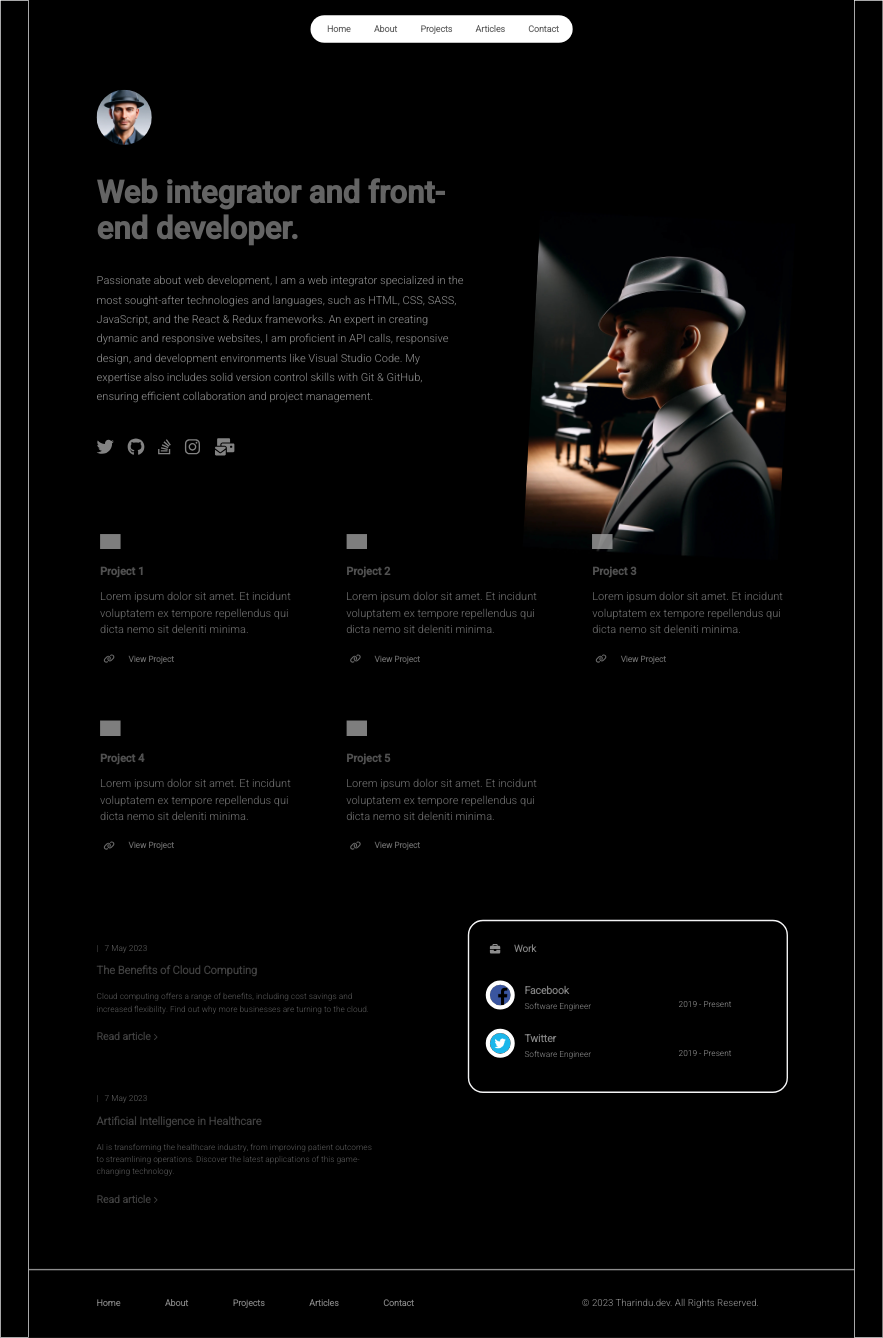
Repository: Dimple3377/reactfolio-master
Page: /
An editor plug-in stored every save of this project. The page is shown before and after the next save, followed by the edit.
The browser window is 1280 px wide. The pictures show the whole page, at 69% of full size.
Pictures or frames that could not be fetched are drawn as grey boxes. The project was rebuilt for these pictures with package versions that can differ from the ones it lists, and the page was loaded fresh each time. Also part of the build but not shown: src/components/about/socials.jsx, src/pages/styles/about.css, src/pages/about.jsx, src/pages/styles/projects.css, src/pages/projects.jsx, src/components/articles/article.jsx, src/pages/styles/articles.css, src/pages/articles.jsx and 5 more.

Above is the page before, as saved 2024-04-24 01:22:50.

### src/data/styles.css
:root {
	/* ------- colors ------- */
	--primary-color: #646464;
	--secondary-color: #838383;
	--tertiary-color: #8d8d8d;
	--quaternary-color: #bbbbbb;
	--link-color: #646464;
	/* ---------------------- */

	/* ------- fonts ------- */
	--primary-font: "Heebo", sans-serif;
	--secondary-font: "Roboto", sans-serif;
	/* --------------------- */
}

### src/pages/homepage.jsx
import React, { useState, useEffect } from "react";
import { Helmet } from "react-helmet";

import { faMailBulk } from "@fortawesome/free-solid-svg-icons";
import { FontAwesomeIcon } from "@fortawesome/react-fontawesome";
import {
	faTwitter,
	faGithub,
	faStackOverflow,
	faInstagram,
} from "@fortawesome/free-brands-svg-icons";

import Logo from "../components/common/logo";
import Footer from "../components/common/footer";
import NavBar from "../components/common/navBar";
import Article from "../components/homepage/article";
import Works from "../components/homepage/works";
import AllProjects from "../components/projects/allProjects";

import INFO from "../data/user";
import SEO from "../data/seo";
import myArticles from "../data/articles";

import "./styles/homepage.css";

const Homepage = () => {
	const [stayLogo, setStayLogo] = useState(false);
	const [logoSize, setLogoSize] = useState(80);
	const [oldLogoSize, setOldLogoSize] = useState(80);

	useEffect(() => {
		window.scrollTo(0, 0);
	}, []);

	useEffect(() => {
		const handleScroll = () => {
			let scroll = Math.round(window.pageYOffset, 2);

			let newLogoSize = 80 - (scroll * 4) / 10;

			if (newLogoSize < oldLogoSize) {
				if (newLogoSize > 40) {
					setLogoSize(newLogoSize);
					setOldLogoSize(newLogoSize);
					setStayLogo(false);
				} else {
					setStayLogo(true);
				}
			} else {
				setLogoSize(newLogoSize);
				setStayLogo(false);
			}
		};

		window.addEventListener("scroll", handleScroll);
		return () => window.removeEventListener("scroll", handleScroll);
	}, [logoSize, oldLogoSize]);

	const currentSEO = SEO.find((item) => item.page === "home");

	const logoStyle = {
		display: "flex",
		position: stayLogo ? "fixed" : "relative",
		top: stayLogo ? "3vh" : "auto",
		zIndex: 999,
		border: stayLogo ? "1px solid white" : "none",
		borderRadius: stayLogo ? "50%" : "none",
		boxShadow: stayLogo ? "0px 4px 10px rgba(0, 0, 0, 0.25)" : "none",
	};

	return (
		<React.Fragment>
			<Helmet>
				<title>{INFO.main.title}</title>
				<meta name="description" content={currentSEO.description} />
				<meta
					name="keywords"
					content={currentSEO.keywords.join(", ")}
				/>
			</Helmet>

			<div className="page-content">
				<NavBar active="home" />
				<div className="content-wrapper">
					<div className="homepage-logo-container">
						<div style={logoStyle}>
							<Logo width={logoSize} link={false} />
						</div>
					</div>

					<div className="homepage-container">
						<div className="homepage-first-area">
							<div className="homepage-first-area-left-side">
								<div className="title homepage-title">
									{INFO.homepage.title}
								</div>

								<div className="subtitle homepage-subtitle">
									{INFO.homepage.description}
								</div>
							</div>

							<div className="homepage-first-area-right-side">
								<div className="homepage-image-container">
									<div className="homepage-image-wrapper">
										<img
											src="homepage.jpg"
											alt="about"
											className="homepage-image"
										/>
									</div>
								</div>
							</div>
						</div>

						<div className="homepage-socials">
							<a
								href={INFO.socials.twitter}
								target="_blank"
								rel="noreferrer"
							>
								<FontAwesomeIcon
									icon={faTwitter}
									className="homepage-social-icon"
								/>
							</a>
							<a
								href={INFO.socials.github}
								target="_blank"
								rel="noreferrer"
							>
								<FontAwesomeIcon
									icon={faGithub}
									className="homepage-social-icon"
								/>
							</a>
							<a
								href={INFO.socials.stackoverflow}
								target="_blank"
								rel="noreferrer"
							>
								<FontAwesomeIcon
									icon={faStackOverflow}
									className="homepage-social-icon"
								/>
							</a>
							<a
								href={INFO.socials.instagram}
								target="_blank"
								rel="noreferrer"
							>
								<FontAwesomeIcon
									icon={faInstagram}
									className="homepage-social-icon"
								/>
							</a>
							<a
								href={`mailto:${INFO.main.email}`}
								target="_blank"
								rel="noreferrer"
							>
								<FontAwesomeIcon
									icon={faMailBulk}
									className="homepage-social-icon"
								/>
							</a>
						</div>

						<div className="homepage-projects">
							<AllProjects />
						</div>

						<div className="homepage-after-title">
							<div className="homepage-articles">
								{myArticles.map((article, index) => (
									<div
										className="homepage-article"
										key={(index + 1).toString()}
									>
										<Article
											key={(index + 1).toString()}
											date={article().date}
											title={article().title}
											description={article().description}
											link={"/article/" + (index + 1)}
										/>
									</div>
								))}
							</div>

							<div className="homepage-works">
								<Works />
							</div>
						</div>

						<div className="page-footer">
							<Footer />
						</div>
					</div>
				</div>
			</div>
		</React.Fragment>
	);
};

export default Homepage;

### src/app.css
@import "/src/data/styles.css";

::-webkit-scrollbar {
	width: 10px;
}

::-webkit-scrollbar-track {
	background-color: #f1f1f1;
}

::-webkit-scrollbar-thumb {
	background-color: #383636;
	border-radius: 5px;
}

::-webkit-scrollbar-thumb:hover {
	background-color: rgb(0, 0, 0);
}

.page-content {
	background-color: black;
	position: relative;
}

.page-content:before,
.page-content:after {
	content: "";
	position: absolute;
	top: 0;
	bottom: 0;
	width: calc((100% - 1200px) / 2);
	background-color: black;
	border: 1px solid #f4f4f5;
}

.page-content:before {
	left: 0;
	z-index: 1;
}

.page-content:after {
	right: 0;
	z-index: 1;
}

.content-wrapper {
	max-width: 1000px;
	margin: 0 auto;
}

.title {
	color: var(--primary-color);
	font-family: var(--secondary-font);
	font-size: 45px;
	font-weight: 700;
	width: 70%;
}

.subtitle {
	padding-top: 10px;
	color: var(--secondary-color);
	font-size: 16px;
	line-height: 28px;
	width: 70%;
	margin-top: 25px;
}

.page-footer {
	position: block;
}

.page-footer::before {
	content: "";
	position: absolute;
	left: 0;
	right: 0;
	border-top: 2px solid var(--tertiary-color);
}

@media (max-width: 1270px) {
	.page-content:before,
	.page-content:after {
		width: calc((100% - 90%) / 2);
	}

	.content-wrapper {
		max-width: 90%;
		padding-left: 10%;
		padding-right: 10%;
	}
}

@media (max-width: 1024px) {
	.page-content:before,
	.page-content:after {
		width: calc((100% - 950px) / 2);
	}

	.content-wrapper {
		max-width: 980px;
	}
}

@media (max-width: 800px) {
	.content-wrapper {
		max-width: 90%;
		margin: 0 auto;
		padding: 0 10px;
	}

	.page-content:before,
	.page-content:after {
		display: none;
	}

	.title {
		width: 100%;
	}

	.subtitle {
		width: 100%;
	}
}

### src/components/common/footer.jsx
import React from "react";
import { Link } from "react-router-dom";

import "./styles/footer.css";

const Footer = () => {
	return (
		<React.Fragment>
			<div className="footer">
				<div className="footer-links">
					<ul className="footer-nav-link-list">
						<li className="footer-nav-link-item">
							<Link to="/">Home</Link>
						</li>
						<li className="footer-nav-link-item">
							<Link to="/about">About</Link>
						</li>
						<li className="footer-nav-link-item">
							<Link to="/projects">Projects</Link>
						</li>
						<li className="footer-nav-link-item">
							<Link to="/articles">Articles</Link>
						</li>
						<li className="footer-nav-link-item">
							<Link to="/contact">Contact</Link>
						</li>
					</ul>
				</div>

				<div className="footer-credits">
					<div className="footer-credits-text">
						© 2023 Tharindu.dev. All Rights Reserved.
					</div>
				</div>
			</div>
		</React.Fragment>
	);
};

export default Footer;

### src/components/common/navBar.jsx
import React from "react";
import { Link } from "react-router-dom";

import "./styles/navBar.css";

const NavBar = (props) => {
	const { active } = props;

	return (
		<React.Fragment>
			<div className="nav-container">
				<nav className="navbar">
					<div className="nav-background">
						<ul className="nav-list">
							<li
								className={
									active === "home"
										? "nav-item active"
										: "nav-item"
								}
							>
								<Link to="/">Home</Link>
							</li>
							<li
								className={
									active === "about"
										? "nav-item active"
										: "nav-item"
								}
							>
								<Link to="/about">About</Link>
							</li>
							<li
								className={
									active === "projects"
										? "nav-item active"
										: "nav-item"
								}
							>
								<Link to="/projects">Projects</Link>
							</li>
							<li
								className={
									active === "articles"
										? "nav-item active"
										: "nav-item"
								}
							>
								<Link to="/articles">Articles</Link>
							</li>
							<li
								className={
									active === "contact"
										? "nav-item active"
										: "nav-item"
								}
							>
								<Link to="/contact">Contact</Link>
							</li>
						</ul>
					</div>
				</nav>
			</div>
		</React.Fragment>
	);
};

export default NavBar;

### src/components/homepage/article.jsx
import React from "react";
import { Link } from "react-router-dom";

import { FontAwesomeIcon } from "@fortawesome/react-fontawesome";
import { faChevronRight } from "@fortawesome/free-solid-svg-icons";

import "./styles/article.css";

const Article = (props) => {
	const { title, description, date, link } = props;

	return (
		<React.Fragment>
			<div className="homepage-article">
				<div className="homepage-article-content">
					<div className="homepage-article-date">
						|&nbsp;&nbsp;&nbsp;{date}
					</div>
					<div className="homepage-article-title">{title}</div>
					<div className="homepage-article-description">
						{description}
					</div>
					<div className="homepage-article-link">
						<Link to={link}>
							Read article{" "}
							<FontAwesomeIcon
								style={{ fontSize: "10px" }}
								icon={faChevronRight}
							/>
						</Link>
					</div>
				</div>
			</div>
		</React.Fragment>
	);
};

export default Article;

### src/components/homepage/works.jsx
import React from "react";
import { faBriefcase } from "@fortawesome/free-solid-svg-icons";

import Card from "../common/card";

import "./styles/works.css";

const Works = () => {
	return (
		<div className="works">
			<Card
				icon={faBriefcase}
				title="Work"
				body={
					<div className="works-body">
						<div className="work">
							<img
								src="./facebook.png"
								alt="facebook"
								className="work-image"
							/>
							<div className="work-title">Facebook</div>
							<div className="work-subtitle">
								Software Engineer
							</div>
							<div className="work-duration">2019 - Present</div>
						</div>

						<div className="work">
							<img
								src="./twitter.png"
								alt="twitter"
								className="work-image"
							/>
							<div className="work-title">Twitter</div>
							<div className="work-subtitle">
								Software Engineer
							</div>
							<div className="work-duration">2019 - Present</div>
						</div>
					</div>
				}
			/>
		</div>
	);
};

export default Works;

### src/data/seo.js
const SEO = [
	{
		page: "home",
		description:
			"I am a backend developer with expertise in Node.js. I have experience in building scalable, secure and reliable web applications using various frameworks and technologies.",
		keywords: ["Tharindu", "Tharindu N", "Tharindu Nayanajith"],
	},

	{
		page: "about",
		description:
			"I am a backend developer with expertise in Node.js. I have experience in building scalable, secure and reliable web applications using various frameworks and technologies.",
		keywords: ["Tharindu", "Tharindu N", "Tharindu Nayanajith"],
	},

	{
		page: "articles",
		description:
			"Chronological collection of my long-form thoughts on programming, leadership, product design, and more.",
		keywords: ["Tharindu", "Tharindu N", "Tharindu Nayanajith"],
	},

	{
		page: "projects",
		description:
			"I've worked on a variety of projects over the years and I'm proud of the progress I've made. Many of these projects are open-source and available for others to explore and contribute to.",
		keywords: ["Tharindu", "Tharindu N", "Tharindu Nayanajith"],
	},

	{
		page: "contact",
		description:
			"If you're interested in collaborating on a project, feel free to reach out to me. I'm always open to new ideas and opportunities.",
		keywords: ["Tharindu", "Tharindu N", "Tharindu Nayanajith"],
	},
];

export default SEO;

### src/pages/styles/homepage.css
@import "../../data/styles.css";

.homepage-logo-container {
	display: flex;
	justify-content: left;
	align-items: center;
	padding-top: 130px;
}

.homepage-container {
	padding-top: 25px;
}

.homepage-first-area {
	display: flex;
	justify-content: space-between;
	align-items: center;
}

.homepage-first-area-left-side {
	display: flex;
	flex-direction: column;
	align-items: flex-start;
}

.homepage-title {
	width: 85% !important;
}

.homepage-subtitle {
	width: 85% !important;
}

.homepage-first-area-right-side {
	display: flex;
	align-items: center;
}

.homepage-image-container {
	width: 370px;
	height: 370px;
}

.homepage-image-wrapper {
	overflow: hidden;
	border-radius: 10%;
	transform: rotate(3deg);
}

.homepage-image-wrapper img {
	width: 100%;
}

.homepage-socials {
	display: flex;
	justify-content: left;
	align-items: center;
	padding-top: 30px;
}

.homepage-social-icon {
	padding-right: 20px;
	font-size: 25px;
	transition: color 0.2s ease-in-out;
	color: var(--secondary-color);
}

.homepage-social-icon:hover {
	color: var(--primary-color);
}

.homepage-after-title {
	display: flex;
}

.homepage-projects {
	flex-basis: 300px;
	padding-top: 40px;
}

.homepage-articles {
	flex-basis: 900px;
	padding-top: 30px;
	margin-left: -30px;
}

.homepage-article {
	padding-bottom: 5px;
}

.homepage-works {
	flex-basis: 600px;
	padding-top: 30px;
}

@media (max-width: 1024px) {
	.homepage-first-area {
		flex-direction: column;
	}

	.homepage-first-area-left-side {
		display: flex;
		flex-direction: column; /* Changed: set direction to column */
		align-items: flex-start;
		width: 100%;
		order: 2;
	}

	.homepage-title {
		width: 100% !important;
		margin-top: 20px;
		order: 2;
	}

	.homepage-subtitle {
		width: 100% !important;
		margin-top: 10px;
		order: 3;
	}

	.homepage-first-area-right-side {
		width: 100%;
		order: 1;
	}

	.homepage-image-container {
		padding-top: 50px;
		padding-bottom: 50px;
		margin-left: 10px;
		order: 1;
	}

	.homepage-after-title {
		flex-direction: column;
	}

	.homepage-projects {
		flex-basis: auto;
	}

	.homepage-articles {
		flex-basis: auto;
	}

	.homepage-works {
		flex-basis: auto;
		margin-left: -25px;
		margin-right: -25px;
	}
}

### src/pages/styles/readArticle.css
@import "../../data/styles.css";

.read-article-logo-container {
	display: flex;
	justify-content: left;
	padding-top: 25px;
}

.read-article-logo {
	display: flex;
	position: fixed;
	border: 1px solid white;
	border-radius: 50%;
	box-shadow: 0px 4px 10px rgba(0, 0, 0, 0.25);
	top: 4vh;
}

.read-article-container {
	display: flex;
	height: 100%;
	margin: 0;
	padding-top: 120px;
}

.read-article-back {
	padding-top: 68px;
	padding-right: 50px;
	width: 40px;
	height: 40px;
}

.read-article-back-button {
	width: 50px;
	border-radius: 50%;
	box-shadow: 0px 4px 10px rgba(0, 0, 0, 0.25);
}

.read-article-wrapper {
	width: 80%;
	padding-top: 30px;
}

.read-article-date-container {
	border-left: 2px solid var(--quaternary-color);
	color: var(--tertiary-color);
	font-size: 16 px;
	align-items: center;
	height: 22px;
}

.read-article-date {
	font-family: var(--primary-font);
	padding-left: 15px;
}

.read-article-title {
	padding-top: 50px;
	padding-bottom: 50px;
	width: 100% !important;
}

.read-article-body {
	padding-bottom: 50px;
	font-size: 16px;
	line-height: 30px;
	font-family: system-ui;
	color: #52525b;
}

### src/components/common/styles/footer.css
@import "../../../data/styles.css";

.footer {
	display: flex;
	padding-top: 25px;
	margin-top: 50px;
	padding-bottom: 25px;
	align-items: center;
}

.footer-links,
.footer-credits {
	flex-basis: 50%;
}

.footer-links {
	margin-left: -40px;
}

.footer-nav-link-list {
	display: flex;
	list-style: none;
	justify-content: space-between;
	align-items: center;
}

.footer-nav-link-item {
	font-weight: bold;
	font-size: 80%;
}

.footer-nav-link-list a {
	text-decoration: none;
	color: var(--secondary-color);
}

.footer-nav-link-list a:hover {
	color: var(--link-color);
}

.footer-credits-text {
	justify-content: flex-end;
	color: var(--tertiary-color);
	font-size: 14px;
	text-align: right;
}

@media (max-width: 600px) {
	.footer {
		flex-direction: column;
		height: 85px;
	}

	.footer-links {
		display: flex;
		width: 100%;
		justify-content: center;
	}

	.footer-nav-link-list {
		width: 100%;
	}
}

### src/components/common/styles/navBar.css
@import "../../../data/styles.css";

.nav-container {
	margin: 0;
	display: flex;
	justify-content: center;
	align-items: center;
}

.navbar {
	display: flex;
	justify-content: center;
	align-items: center;
	position: fixed;
	top: 3vh;
	z-index: 999;
}

.nav-background {
	width: 380px;
	height: 40px;
	padding-left: 0%;
	padding-right: 0%;
	background: #fff;
	box-shadow: 0px 2px 10px rgba(0, 0, 0, 0.1);
	border-radius: 40px;
}

.nav-list {
	display: flex;
	justify-content: space-between;
	list-style: none;
	align-items: center;
	margin-left: -16px;
	margin-right: 20px;
	margin-top: 11px;
}

.nav-item {
	font-weight: bold;
	font-size: 80%;
}

.nav-item.active a {
	color: var(--link-color) !important;
}

.nav-item a {
	text-decoration: none;
	color: var(--primary-color);
}

.nav-item a:hover {
	color: var(--link-color);
	transition: color 0.3s ease-in-out;
}

@media (max-width: 600px) {
	.navbar {
		margin-left: 25%;
		margin-right: 25%;
		width: 80%;
		font-size: 80%;
	}

	.nav-background {
		width: 80%;
		height: 40px;
	}

	.nav-item {
		font-weight: bold;
	}
}

### src/components/homepage/styles/article.css
@import "../../../data/styles.css";

.homepage-article {
	width: 90%;
	mix-blend-mode: normal;
	border-radius: 20px;
	opacity: 0.8;
}

.homepage-article:hover {
	background: #fafafa;
	opacity: 1;
	transition: background-color 0.3s ease-in-out;
}

.homepage-article-content {
	padding: 30px;
}

.homepage-article-date {
	opacity: 1;
	color: var(--tertiary-color);
	font-size: 12px;
	margin-bottom: 1em;
}

.homepage-article-title {
	opacity: 1;
	color: var(--primary-color);
	font-size: 16px;
	margin-bottom: 1em;
	font-weight: 700;
}

.homepage-article-description {
	opacity: 1;
	color: var(--secondary-color);
	font-size: 12px;
	line-height: 1.5;
}

.homepage-article-link {
	opacity: 1;
	padding-top: 20px;
	font-size: 15px;
	font-weight: 700;
}

.homepage-article-link a {
	color: var(--link-color);
	text-decoration: none;
}

@media (max-width: 600px) {
	.homepage-article {
		width: 100%;
	}
}

### src/components/projects/project.jsx
import React from "react";
import { Link } from "react-router-dom";
import { FontAwesomeIcon } from "@fortawesome/react-fontawesome";
import { faLink } from "@fortawesome/free-solid-svg-icons";

import "./styles/project.css";

const Project = (props) => {
	const { logo, title, description, linkText, link } = props;

	return (
		<React.Fragment>
			<div className="project">
				<Link to={link}>
					<div className="project-container">
						<div className="project-logo">
							<img src={logo} alt="logo" />
						</div>
						<div className="project-title">{title}</div>
						<div className="project-description">{description}</div>
						<div className="project-link">
							<div className="project-link-icon">
								<FontAwesomeIcon icon={faLink} />
							</div>

							<div className="project-link-text">{linkText}</div>
						</div>
					</div>
				</Link>
			</div>
		</React.Fragment>
	);
};

export default Project;

### src/components/articles/style/article.css
@import "../../../data/styles.css";

.article {
	display: flex;
}

.article a {
	text-decoration: none;
}

.article-left-side {
	min-width: 20%;
	max-width: 20%;
}

.article-right-side {
	flex-basis: 80%;
	min-width: 700px;
	mix-blend-mode: normal;
	border-radius: 20px;
	opacity: 0.8;
	padding: 30px;
}

.article-right-side:hover {
	background: #fafafa;
	opacity: 1;
	transition: background-color 0.3s ease-in-out;
}

.article-date {
	padding-top: 30px;
	font-size: 15px;
	color: var(--tertiary-color);
}

.article-title {
	color: #000000;
	font-size: 16px;
	font-weight: 600;
}

.article-description {
	padding-top: 10px;
	font-size: 12px;
	color: var(--secondary-color);
	font-weight: 480;
	line-height: 25px;
}

.article-link {
	padding-top: 10px;
	font-size: 14px;
	color: var(--link-color);
	font-weight: 700;
}

@media (max-width: 1024px) {
	.article-left-side {
		min-width: 10%;
		max-width: 10%;
	}

	.article-right-side {
		flex-basis: 90%;
		min-width: 85%;
		max-width: 85%;
	}
}

### src/components/projects/styles/project.css
@import "../../../data/styles.css";

.project {
	mix-blend-mode: normal;
	border-radius: 20px;
	opacity: 0.8;
	height: 100%;
}

.project a {
	text-decoration: none;
}

.project:hover {
	background: #fafafa;
	opacity: 1;
	transition: background-color 0.3s ease-in-out;
}

.project:hover .project-link {
	color: var(--link-color);
	transition: color 0.3s ease-in-out;
}

.project-container {
	padding: 30px;
}

.project-logo {
	width: 30px;
}

.project-logo img {
	width: 100%;
}

.project-title {
	font-family: var(--secondary-font);
	color: var(--primary-color);
	font-size: 16px;
	padding-top: 15px;
	margin-bottom: 1em;
	font-weight: 700;
}

.project-description {
	color: var(--secondary-color);
}

.project-link {
	display: flex;
	align-items: center;
	color: var(--secondary-color);
	font-size: 12px;
	padding-top: 20px;
}

.project-link-icon {
	padding-left: 5px;
	font-size: 13px;
}

.project-link-text {
	padding-left: 20px;
	font-weight: 700;
}

@media (max-width: 600px) {
	.project {
		height: 300px;
	}
}

Loaded but not shown: public/index.html (common file); src/index.js (common file); src/index.css (common file); src/App.js (common file); src/reportWebVitals.js (common file); src/data/tracking.js (common file); src/components/common/logo.jsx (common file); src/components/projects/allProjects.jsx (common file); src/components/common/styles/logo.css (common file); src/components/common/card.jsx (common file); src/components/homepage/styles/works.css (common file); src/components/projects/styles/allProjects.css (common file); src/components/about/styles/socials.css (common file); src/components/common/styles/card.css (common file); src/data/user.js (84 lines, source omitted); src/data/articles.js (65 lines, source omitted)

After the next save:
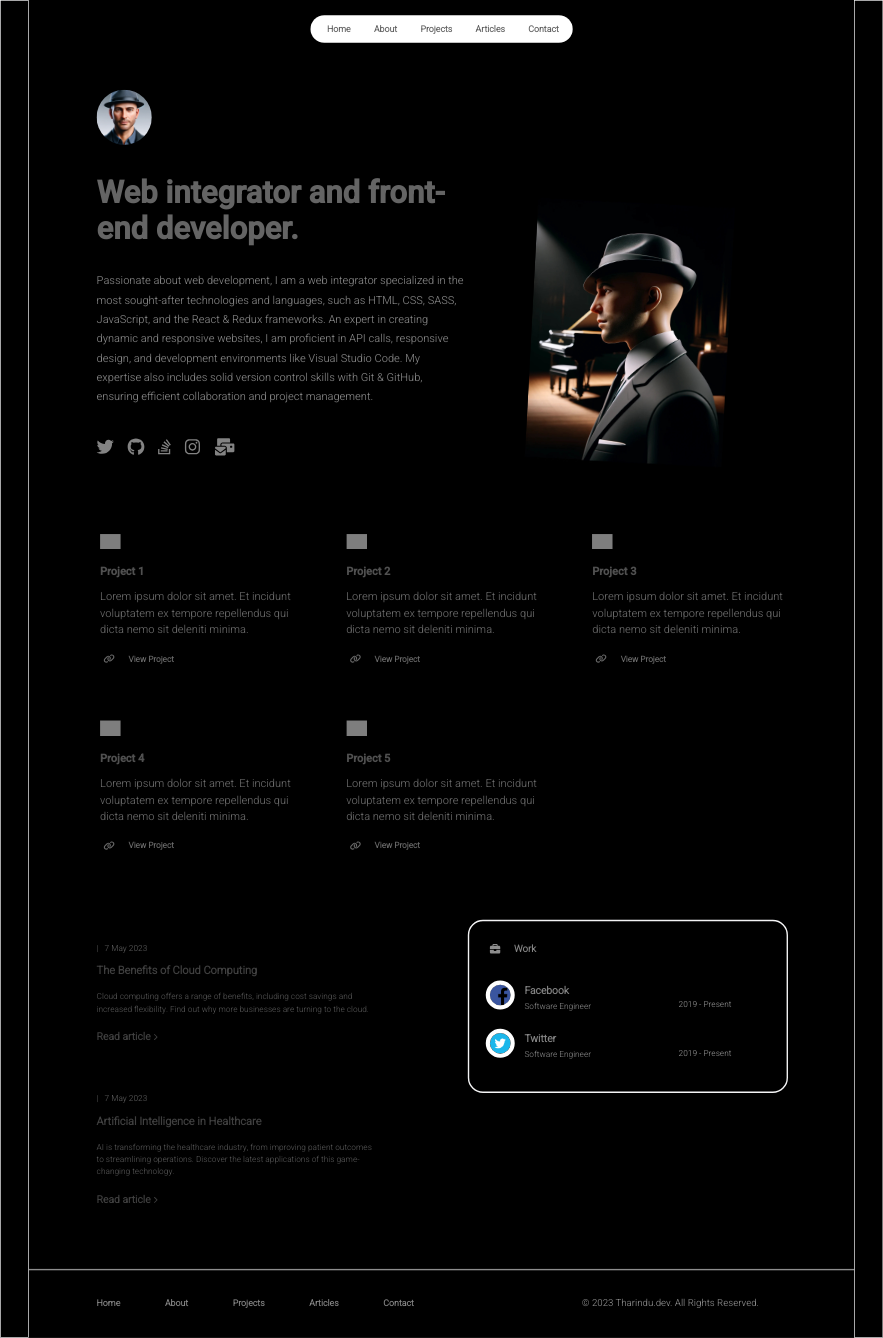
Saved 58 min 9 s later.
--- a/src/pages/styles/homepage.css
+++ b/src/pages/styles/homepage.css
@@ -48,7 +48,7 @@
 }
 
 .homepage-image-wrapper img {
-	width: 100%;
+	width: 77%;
 }
 
 .homepage-socials {
